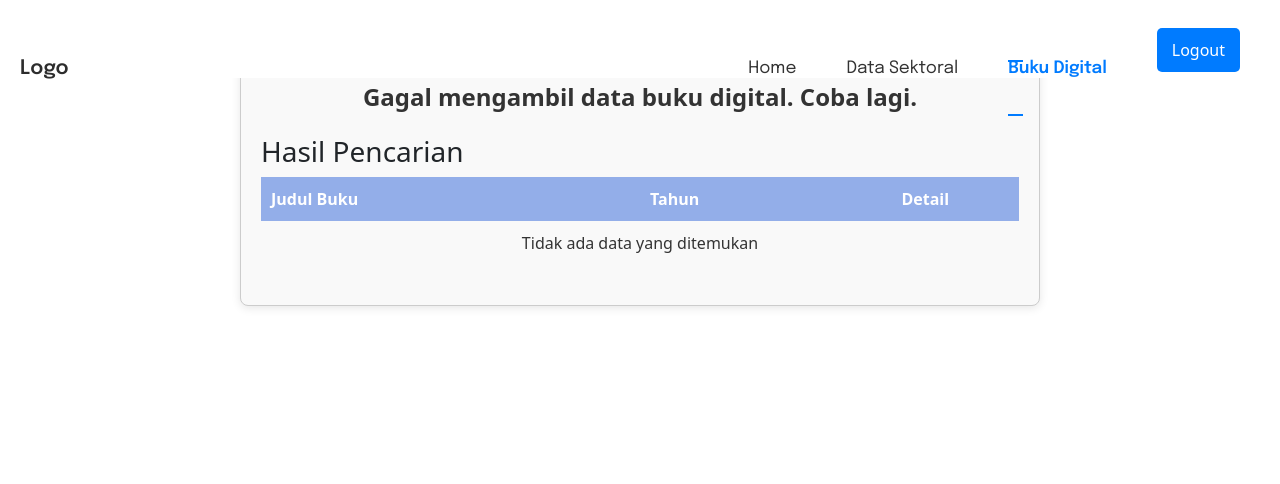
Repository: nida463/Website-PKL
Page: /buku-digital
An editor plug-in stored every save of this project. The page is shown before and after a run of saves, followed by the edit.
The browser window is 1280 px wide. The pictures show the whole page.
The page's requests for data from a server got no answer. The project was rebuilt for these pictures with package versions that can differ from the ones it lists, and the page was loaded fresh each time. No one was signed in, and anything a server would have sent is missing. Also part of the build but not shown: src/Components/auth/Login.js, src/Components/organisms/Navbar.js, src/Components/atoms/Lable.js, src/Components/molecules/header/BrandingSection.js, src/Components/molecules/header/BodyTextH.js, src/Components/atoms/Button.js, src/Components/molecules/header/ButonContact.js, src/Components/atoms/Image.js and 24 more.

Above is the page before, as saved 2024-10-11 13:47:06.

After the next 2 saves:
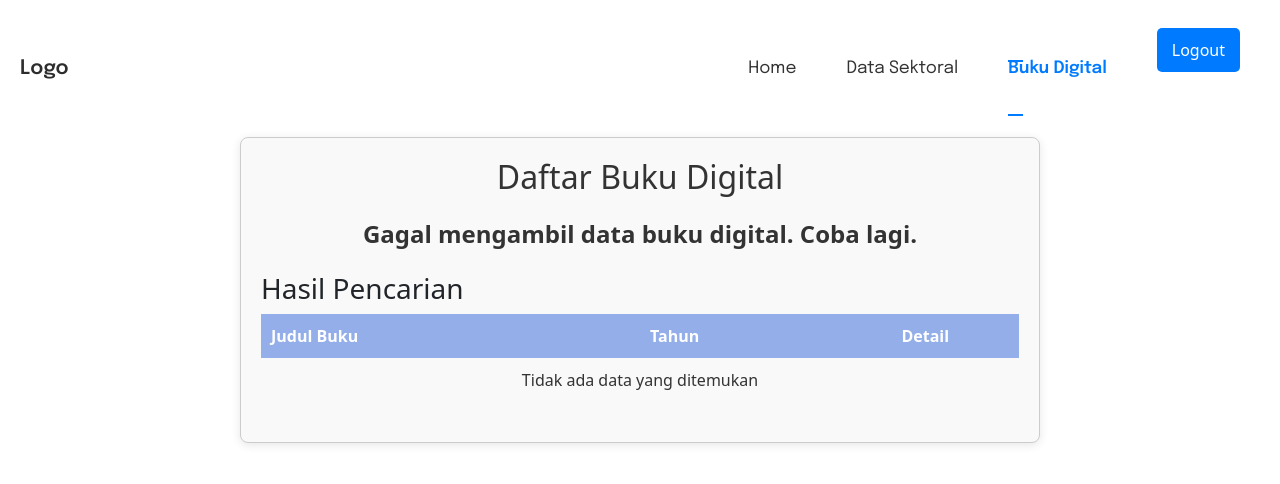
The 2 saves are shown as one change because they came seconds apart.
The last was saved 93 s later.
--- a/src/styles/Navbar.css
+++ b/src/styles/Navbar.css
@@ -11,20 +11,21 @@
   --active-color: #007BFF; /* Warna biru untuk item aktif */
 }
 
-.navbar {
-  display: flex;
-  width: 100%;
-  height: 78px;
-  justify-content: space-between;
-  align-items: center;
-  background-color: var(--navbar-color);
-  position: fixed !important;
-  top: 0;
-  left: 0;
-  right: 0;
-  z-index: 999;
-  box-shadow: 0 2px 10px rgba(255, 254, 254, 0.1);
+..navbar {
+  display: flex !important; /* Pastikan navbar ditampilkan sebagai flex container */
+  width: 100% !important; /* Memastikan navbar mengisi lebar penuh */
+  height: 78px !important; /* Mengatur tinggi navbar */
+  justify-content: space-between !important; /* Menyebarkan item dengan spasi antara */
+  align-items: center !important; /* Menyelaraskan item secara vertikal */
+  background-color: var(--navbar-color) !important; /* Warna latar belakang navbar */
+  position: fixed !important; /* Menetapkan posisi navbar tetap */
+  top: 0 !important; /* Menetapkan posisi navbar di atas */
+  left: 0 !important; /* Menetapkan posisi navbar ke kiri */
+  right: 0 !important; /* Menetapkan posisi navbar ke kanan */
+  z-index: 999 !important; /* Mengatur z-index agar navbar di atas elemen lainnya */
+  box-shadow: 0 2px 10px rgba(255, 254, 254, 0.1) !important; /* Menambahkan bayangan */
 }
+
 
 /* Styling untuk brand dan menu */
 .navbar-brand {

After the save that followed:
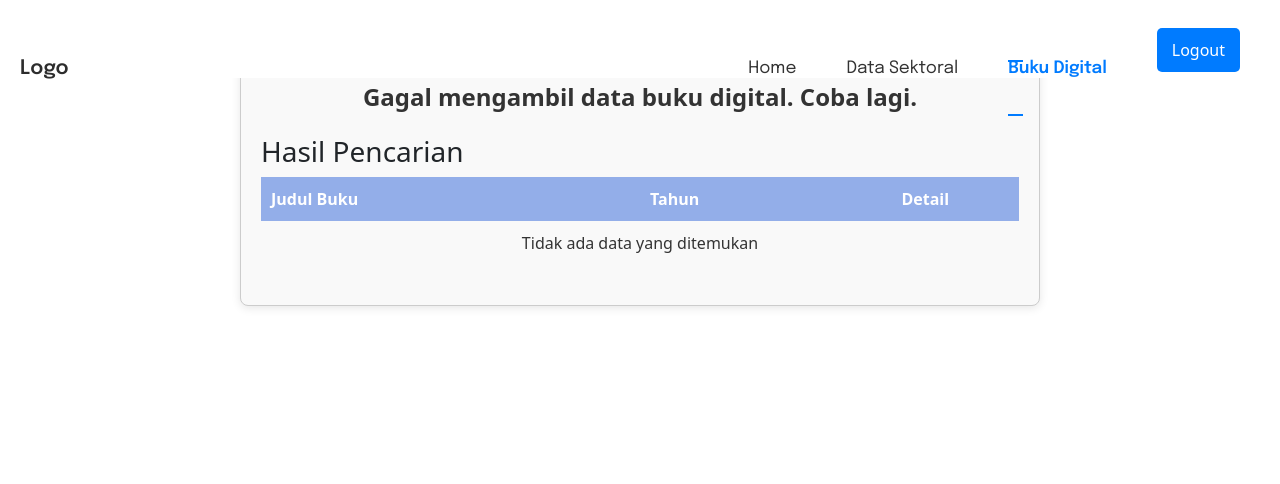
Saved 5 s later.
--- a/src/styles/Navbar.css
+++ b/src/styles/Navbar.css
@@ -11,7 +11,7 @@
   --active-color: #007BFF; /* Warna biru untuk item aktif */
 }
 
-..navbar {
+.navbar {
   display: flex !important; /* Pastikan navbar ditampilkan sebagai flex container */
   width: 100% !important; /* Memastikan navbar mengisi lebar penuh */
   height: 78px !important; /* Mengatur tinggi navbar */
